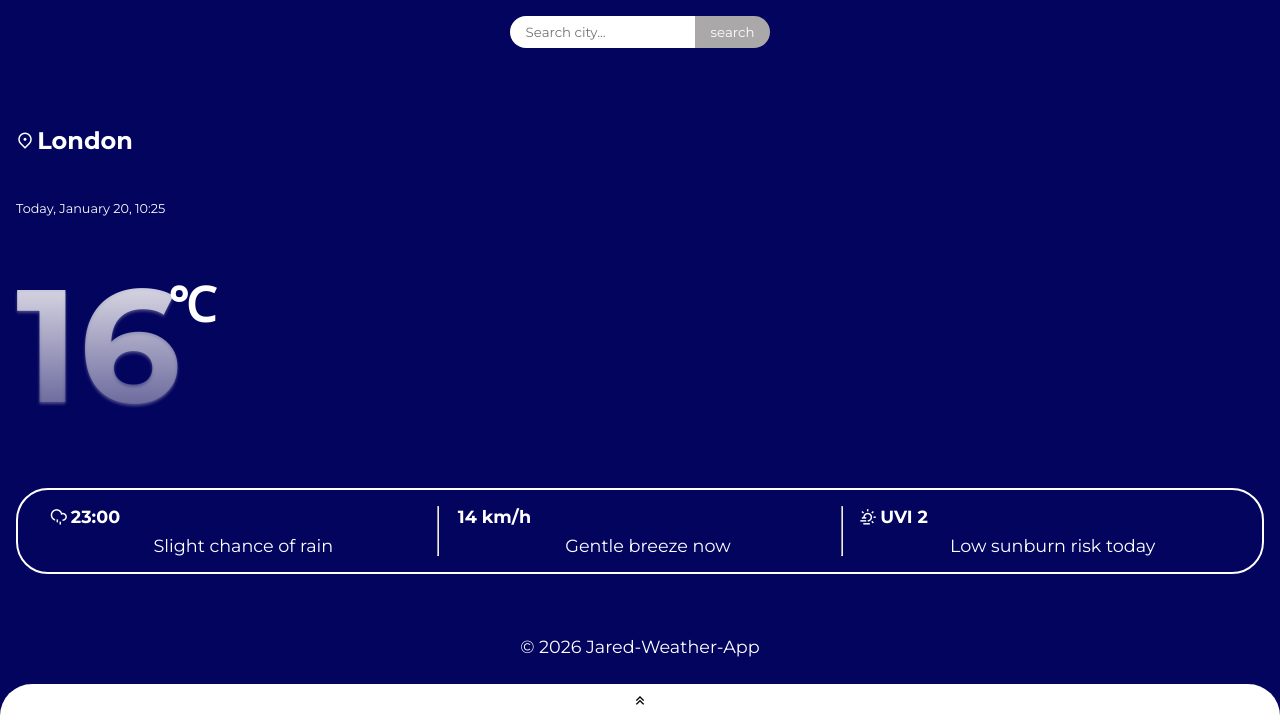
Repository: EguJaredoBoyd/Jared-Weather-App
Page: main.html
The author's editor kept a copy of each file at every save. The page is drawn from the files as they stood at one save, then again after the next save.
The browser window is 1280 px wide. The pictures show the whole page.
Some icons come from a web library that is not loaded, so they are not drawn. Some web libraries are served in a nearby version.

Above is the page before, as saved 2026-02-04 17:57:28.

### main.html
<!doctype html>
<html lang="en">
  <head>
    <meta charset="UTF-8" />
    <meta name="viewport" content="width=device-width, initial-scale=1.0" />
    <link rel="preconnect" href="https://fonts.googleapis.com" />
    <link rel="preconnect" href="https://fonts.gstatic.com" crossorigin />
    <link
      href="https://fonts.googleapis.com/css2?family=Montserrat:ital,wght@0,100..900;1,100..900&display=swap"
      rel="stylesheet"
    />
    <link
      href="https://cdn.jsdelivr.net/npm/remixicon@4.8.0/fonts/remixicon.css"
      rel="stylesheet"
    />
    <link rel="stylesheet" href="./css/styles.css" />
    <script src="./js/main.js" defer></script>
    <script src="./js/weather.js" defer></script>
    <title>Jared-Weather-App</title>
  </head>
  <body class="weather-app">
    <div class="weather-app__container">
      <header>
        <div class="search-place">
          <input
            type="text"
            placeholder="Search city..."
            aria-label="Search city"
            id="search-input"
          />
          <button id="search-button">search</button>
        </div>
      </header>
      <main>
        <section class="current-weather">
          <div class="place-searched">
            <i class="ri-map-pin-2-line"></i>
            <div>
              <h3 class="city-name">London</h3>
            </div>
          </div>
          <div class="date-today">
            <time datetime="2026-01-20T10:25">Today, January 20, 10:25</time>
          </div>
          <div class="place-temperature">
            <span class="place-temperature__measure"><h3>16</h3></span>
            <span class="place-temperature__degree"><h3>℃</h3></span>
          </div>
          <div class="place-forecast">
            <article class="forecast-item forecast-item--weather">
              <div>
                <span><i class="ri-drizzle-line"></i></span>
                <time datetime="23:00"> <h4>23:00</h4></time>
              </div>
              <p>Slight chance of rain</p>
            </article>
            <hr />

            <article class="forecast-item forecast-item--wind">
              <div>
                <span><i class="ri-arrow-right-up-long-line"></i></span>
                <h4>14 km/h</h4>
              </div>
              <p>Gentle breeze now</p>
            </article>
            <hr />

            <article class="forecast-item forecast-item--uv">
              <div>
                <span><i class="ri-sun-foggy-line"></i></span>
                <h4>UVI 2</h4>
              </div>
              <p>Low sunburn risk today</p>
            </article>
          </div>
        </section>
        <section class="swipe-section" aria-hidden="true" id="swipe-section">
          <!-- Slide for the hourly and daily forecast -->
          <button class="sheet-handle" id="sheet-handle" aria-expanded="false">
            <i class="ri-arrow-up-double-line" id="icon-handle"></i>
          </button>

          <div class="swipe-forecast">
            <!-- Hourly Forecast -->
            <article class="sheet-card hourly-forecast">
              <h4>Hourly Forecast</h4>

              <ul class="hourly-list">
                <li class="hour">
                  <time datetime="2026-01-27T13:00">1 PM</time>
                  <img src="" alt="Cloudy weather" />
                  <span class="temp">18°</span>
                </li>
              </ul>
            </article>

            <!-- 7-Day Forecast -->
            <article class="sheet-card daily-forecast">
              <h4>7-Day Forecast</h4>

              <ul class="daily-list">
                <li class="day">
                  <span class="day-name">Mon</span>
                  <img src="" alt="Rainy weather" />
                  <span class="temp-range">16° / 22°</span>
                </li>
              </ul>
            </article>

            <!-- Weather Metrics -->
            <article class="sheet-card weather-metrics">
              <h4>Weather Details</h4>

              <dl class="metrics-grid">
                <div class="metric">
                  <dt>Wind</dt>
                  <dd>14 km/h</dd>
                </div>

                <div class="metric">
                  <dt>Humidity</dt>
                  <dd>62%</dd>
                </div>

                <div class="metric">
                  <dt>Pressure</dt>
                  <dd>1013 hPa</dd>
                </div>
              </dl>
            </article>

            <!-- Sun Times -->
            <article class="sheet-card sun-times">
              <h4>Sun</h4>

              <dl class="sun-grid">
                <div>
                  <dt>Sunrise</dt>
                  <dd>
                    <time datetime="2026-01-27T06:34">6:34 AM</time>
                  </dd>
                </div>

                <div>
                  <dt>Sunset</dt>
                  <dd>
                    <time datetime="2026-01-27T18:52">6:52 PM</time>
                  </dd>
                </div>
              </dl>
            </article>
          </div>
        </section>
      </main>
      <footer>
        <div><p>&copy; 2026 Jared-Weather-App</p></div>
      </footer>
    </div>
  </body>
</html>

### css/styles.css
/* ==== CSS RESET ==== */
*,
*::before,
*::after {
  margin: 0;
  padding: 0;
  box-sizing: border-box;
  /* outline: 1px solid red; */
}

:root {
  --background-color: #03045e;
  --text-color: white;
  --font: "Montserrat", sans-serif;
}

html {
  font-size: 16px;
  height: 100%;
}

body {
  background-color: var(--background-color);
  color: var(--text-color);
  height: 100%;
  font-family: var(--font);
}

h1,
h2,
h3,
h4,
h5,
h6 {
  font-size: clamp(0.5rem, 3vw, 1.1rem);
}

p {
  font-size: clamp(0.5rem, 2.5vw, 1.1rem);
}

.weather-app__container {
  display: flex;
  flex-direction: column;
  min-height: 100dvh;
}

.search-place {
  display: flex;
  justify-content: center;
  padding: 1rem;
}

.search-place input {
  padding: 0.5rem 1rem;
  border: none;
  border-bottom-left-radius: 1rem;
  border-top-left-radius: 1rem;
  font-family: var(--font);
  outline: none;
}

.search-place button {
  border: none;
  border-top-right-radius: 1rem;
  border-bottom-right-radius: 1rem;
  padding: 0.5rem 1rem;
  font-family: var(--font);
  margin-left: -1rem;
  background: rgb(170, 168, 168);
  color: var(--text-color);
}

main {
  display: flex;
  flex-direction: column;
  padding: 1rem;
}

.current-weather {
  display: flex;
  flex-direction: column;
  justify-content: space-evenly;
  /* row-gap: clamp(2.5rem, 2.5vw, 5rem); */
  min-height: 75dvh;
}

.place-searched {
  display: flex;
  align-items: center;
  column-gap: 0.2rem;
  font-size: large;
}

.city-name {
  font-size: clamp(0.5rem, 6vw, 1.5rem);
}

.date-today {
  font-size: clamp(0.5rem, 3vw, 0.8rem);
}

.place-temperature {
  display: flex;
  align-items: center;
  position: relative;
  margin-top: -1rem;
}

.place-temperature__measure h3 {
  font-size: clamp(5rem, 38vw, 10rem);
  background: linear-gradient(to bottom, white, var(--background-color));
  -webkit-background-clip: text;
  background-clip: text;
  -webkit-text-fill-color: transparent;
  text-shadow: 0 2px 3px rgba(243, 235, 235, 0.3);
}

.place-temperature__degree h3 {
  font-size: clamp(1.5rem, 20vw, 3rem);
  position: absolute;
  top: 1.5rem;
  left: clamp(4rem, 40vw, 9.5rem);
}

.place-forecast {
  display: flex;
  justify-content: center;
  border: 2px solid white;
  border-radius: 2rem;
  padding: 1rem;
}

.forecast-item {
  padding-left: 1rem;
  width: 100%;
  max-width: 100%;
}

.forecast-item div {
  display: flex;
  column-gap: 0.2rem;
  margin-bottom: 0.5rem;
  font-size: clamp(0.5rem, 3vw, 1.1rem);
}

.forecast-item p {
  font-size: clamp(0.5rem, 2.5vw, 1.1rem);
  text-align: center;
}

/* Swipe section styles */

.swipe-section {
  position: fixed;
  min-height: 100dvh;
  top: 95%;
  right: 0;
  left: 0;
  transition: transform 2s ease;
  background-color: var(--text-color);
  color: var(--background-color);
  border-radius: 2rem;
}

.swipe-section.is-open {
  transform: translateY(-80%);
}

.no-scroll {
  overflow: hidden;
}

.swipe-section button {
  margin: 0.5rem auto;
  display: flex;
  justify-self: center;
  background: none;
  border: none;
}

.swipe-section button i {
  font-size: 1rem;
}

.swipe-forecast {
  display: grid;
  grid-template-columns: repeat(3, 1fr);
  gap: 2rem;
}

.sheet-card {
  font-size: clamp(0.5rem, 2.5vw, 1.1rem);
  padding: 1rem;
}

.sheet-card ul {
  list-style-position: inside;
}

footer div p {
  text-align: center;
}

### js/main.js
//Target all the buttons necessary
const swipeSection = document.getElementById("swipe-section");
const sheetHandle = document.getElementById("sheet-handle");
const iconHandle = document.getElementById("icon-handle");

//Create a function to handle swipe
function handleSwipe() {
  sheetHandle.addEventListener("click", () => {
    const isOpen = swipeSection.classList.toggle("is-open");

    //Add accessibilty and optimization
    swipeSection.setAttribute("aria-hidden", !isOpen);
    sheetHandle.setAttribute("aria-expanded", isOpen);

    //Statement to switch icons
    iconHandle.className = isOpen
      ? "ri-arrow-down-double-line"
      : "ri-arrow-up-double-line";

    //Add a class to handle the scroll
    document.body.classList.toggle("no-scroll");
  });
}

handleSwipe();

### js/weather.js
//My API key 56d08a907c0260865bb8f620502bfcbf
const WEATHER_API_KEY = "56d08a907c0260865bb8f620502bfcbf";

//Target my button and search input for city
const searchInput = document.getElementById("search-input");
const searchButton = document.getElementById("search-button");

//Target The innerHTMLs for manipulation
const cityName = document.querySelector(".city-name");
const countryName = document.getElementById("country-name");

//Create function to ask for weather app
async function fetchWeather(city) {
  try {
    const apiResponse = await fetch(
      `https://api.openweathermap.org/data/2.5/forecast?q=${city}&units=metric&appid=${WEATHER_API_KEY}`,
    );

    const apiData = await apiResponse.json();
    console.log(apiData);

    const countryDataDisplay = apiData.city;
    const weatherDataDisplay = apiData.list[0];

    const cityDate = apiData.list[0];

    //Display the country
    console.log(countryDataDisplay.name);
    console.log(countryDataDisplay.country);

    //Display the date of the city
    const currentDateTime = cityDate.dt * 1000;
    const date = new Date(currentDateTime);
    const timeZone = apiData.city.timezone * 1000;
    const localDate = Date.now();

    console.log(
      date.toLocaleDateString("en-GB", {
        weekday: "short",
        month: "short",
        day: "numeric",
      }),
    );

    console.log(localDate.toLocaleString("en-GB"));

    console.log(apiData.list[0].main.temp);
    console.log(apiData.list[0].weather[0].description);
  } catch (error) {
    console.error(error.message);
  }
}

//Search for city
searchButton.addEventListener("click", () => {
  const city = searchInput.value.trim();
  if (!city) return;

  fetchWeather(city);
});

After the next save:
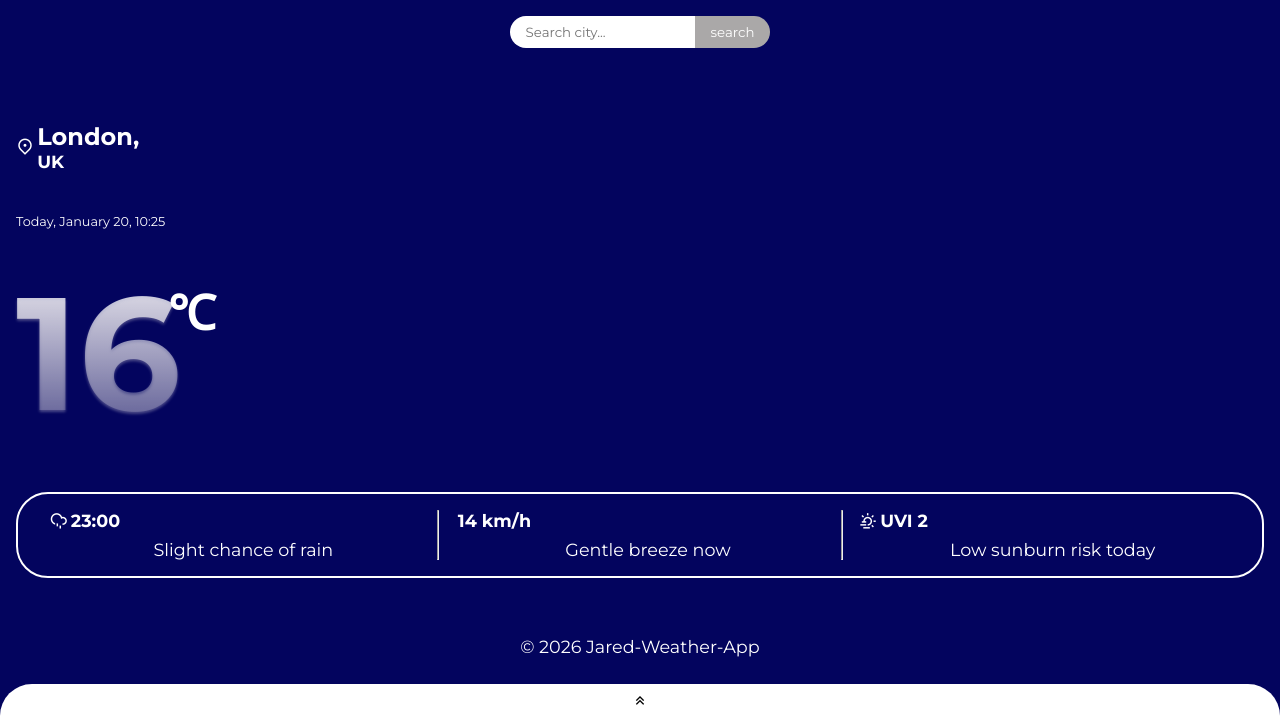
Saved 50 s later.
--- a/main.html
+++ b/main.html
@@ -36,7 +36,8 @@
           <div class="place-searched">
             <i class="ri-map-pin-2-line"></i>
             <div>
-              <h3 class="city-name">London</h3>
+              <h3 class="city-name">London,</h3>
+              <h3 id="country-name">UK</h3>
             </div>
           </div>
           <div class="date-today">
